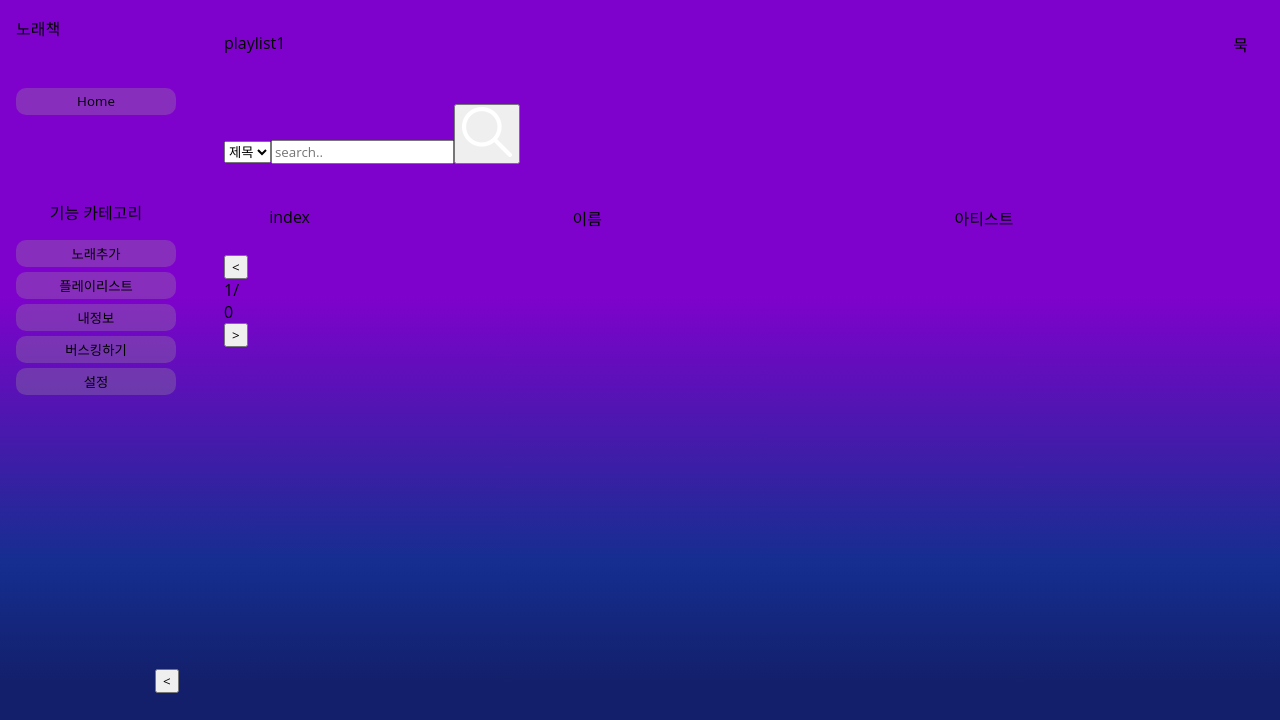
Repository: Unique0902/busking
Page: /app/add
These files come from the project's save history. The page is drawn as it stood at one moment and after the next save; the edit follows.
The browser window is 1280 px wide. The pictures show the whole page.
The page's requests for data from a server got no answer. The project was rebuilt for these pictures with package versions that can differ from the ones it lists, and the page was loaded fresh each time. No one was signed in, and anything a server would have sent is missing. Also part of the build but not shown: src/routes/login/login.module.css, src/components/login_header/login_nav.module.css, src/components/login_header/login_nav.jsx, src/components/app_description/app_description.module.css, src/components/app_description/app_description.jsx, src/routes/login/login.jsx, src/routes/app/app_home/app_home.module.css, src/routes/app/app_home/app_home.jsx and 8 more.

Above is the page before, as saved 2022-08-30 15:05:46.

After the next save:
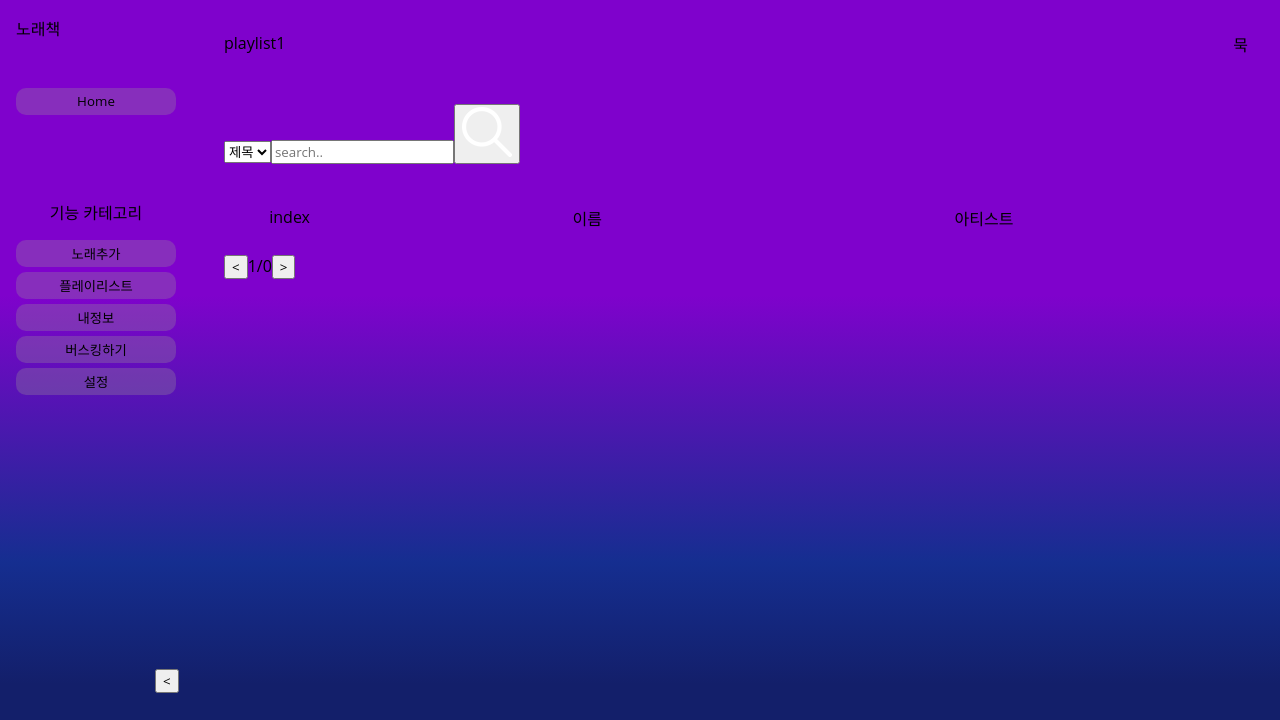
Saved 3 s later.
--- a/src/components/page_num_screen/page_num_screen.jsx
+++ b/src/components/page_num_screen/page_num_screen.jsx
@@ -1,13 +1,14 @@
 import React from 'react';
+import styles from './page_num_screen.module.css';
 
 const Page_num_screen = ({ resultNum, pageNum, onPagePlus, onPageMinus }) => {
   return (
-    <>
+    <div className={styles.screen}>
       <button onClick={() => onPageMinus()}>{'<'}</button>
       <p>{pageNum}/</p>
       <p>{parseInt(resultNum / 6)}</p>
       <button onClick={() => onPagePlus()}>{'>'}</button>
-    </>
+    </div>
   );
 };
 
